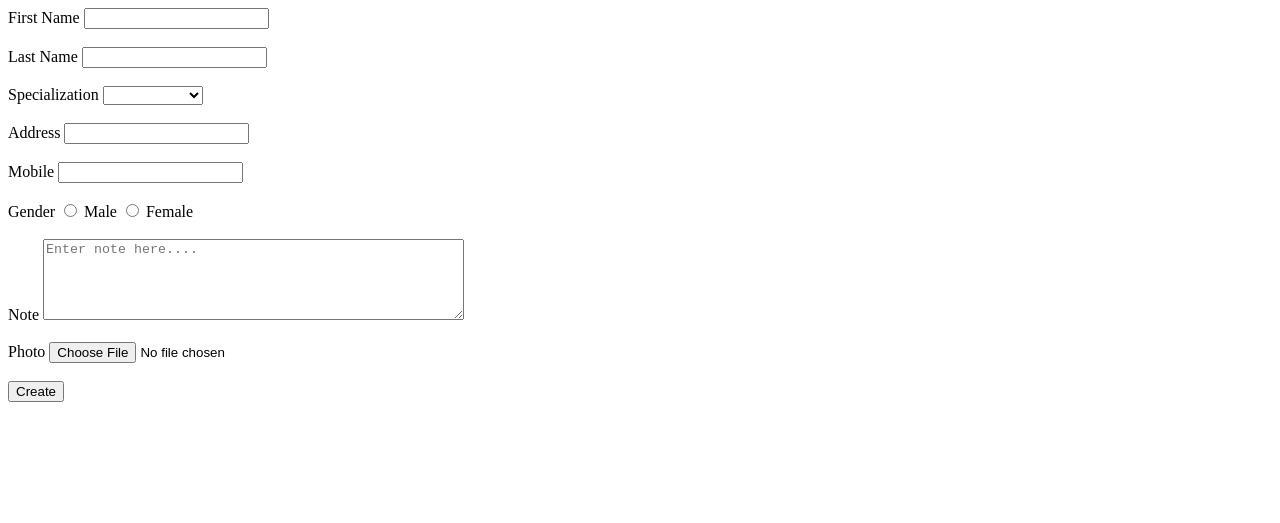
Repository: aayush105/Advance-Java
Page: http://localhost/Doctorpatient/patient.jsp
These files come from the project's save history. The page is drawn as it stood at one moment and after the next save; the edit follows.
The browser window is 1280 px wide. The pictures show the whole page.
The page is served by Tomcat 10. Other server files are loaded and not shown.

Above is the page before, as saved 2023-07-20 11:21:46.

### Doctorpatient/src/main/webapp/patient.jsp
<%@ page language="java" contentType="text/html; charset=UTF-8"
    pageEncoding="UTF-8"%>
<!DOCTYPE html>
<html>
<head>
<meta charset="UTF-8">
<title>Patient</title>
</head>
<body>

First Name <input type ="text" name ="fname"><br><br>
Last Name <input type ="text" name ="lname"><br><br>
Specialization  <select data-placeholder="Choose your specialization" name="specialization">
    <option value=""></option>
    <option>Cardiologists</option>
    <option>Neurologist</option>
    <option>Surgeon</option>
    <option>Gynecologist</option>
  </select>
 <br><br>
Address <input type ="text" name ="address"><br><br>
Mobile <input type ="text" name ="mobile"><br><br>
Gender <input type="radio" name="gender" value="male"> Male
<input type="radio" name="gender" value="female"> Female
<br><br>
Note <textarea rows = "5" cols = "50" name = "note" placeholder ="Enter note here...."></textarea><br><br>
Photo <input type="file" name="photo"><br><br>
  <input type="submit" value="Create" >

</body>
</html>

After the next save:
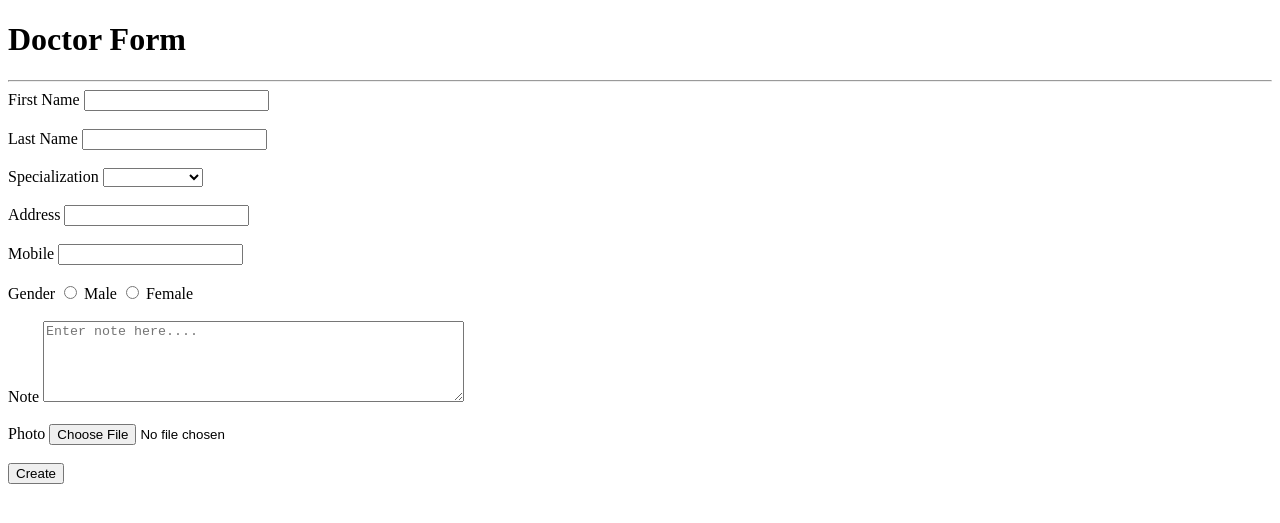
Saved 12 s later.
--- a/Doctorpatient/src/main/webapp/patient.jsp
+++ b/Doctorpatient/src/main/webapp/patient.jsp
@@ -7,6 +7,10 @@
 <title>Patient</title>
 </head>
 <body>
+
+<h1>Doctor Form</h1>
+<hr>
+<form action="DoctorServlet" method="POST">
 
 First Name <input type ="text" name ="fname"><br><br>
 Last Name <input type ="text" name ="lname"><br><br>
@@ -27,5 +31,7 @@ Note <textarea rows = "5" cols = "50" name = "note" placeholder ="Enter note her
 Photo <input type="file" name="photo"><br><br>
   <input type="submit" value="Create" >
 
+</form>
+
 </body>
 </html>
